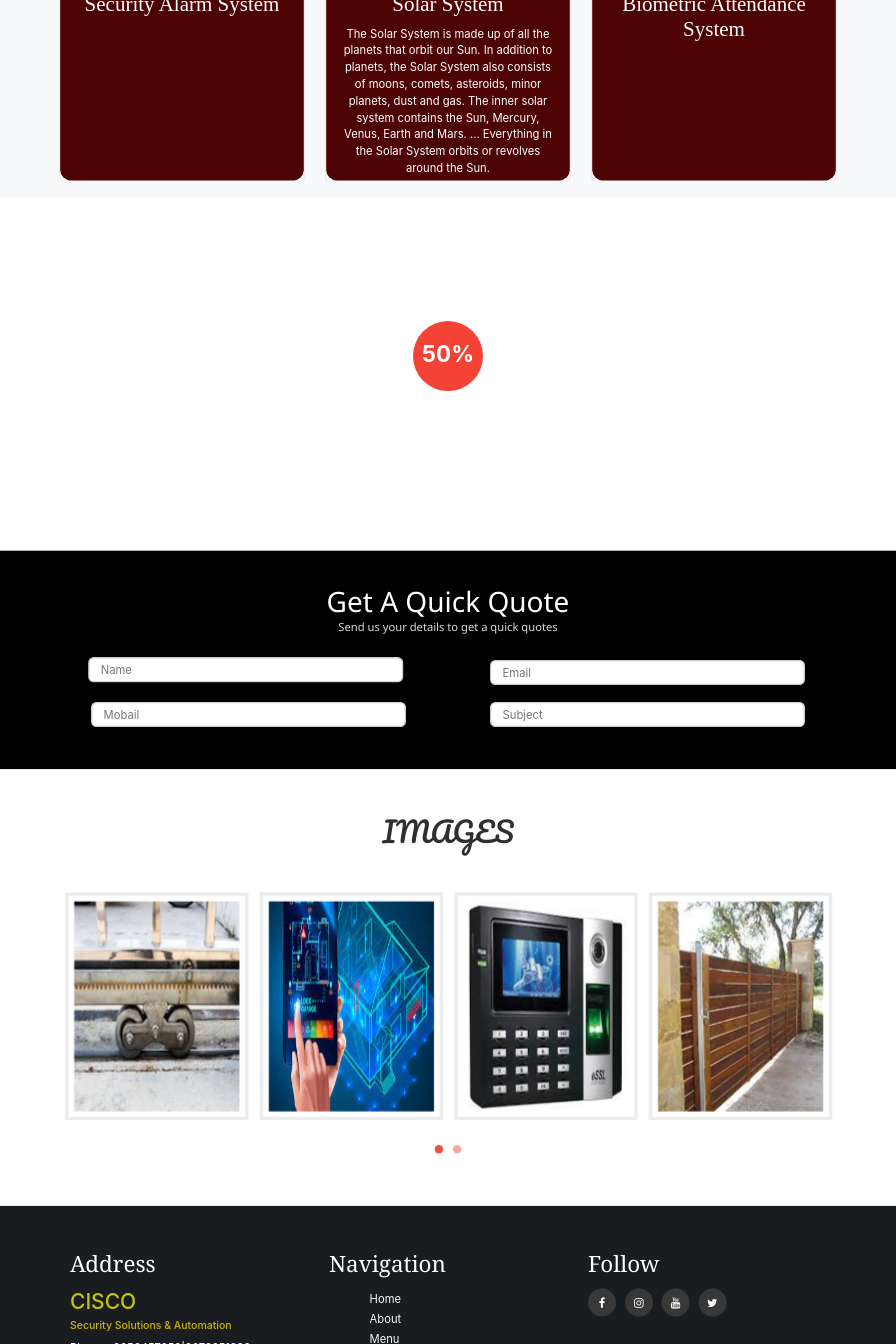
Repository: Nuhman123/Cisco
Page: index.html
The author's editor kept a copy of each file at every save. The page is drawn from the files as they stood at one save, then again after a run of saves.
The browser window is 1280 px wide. The pictures show the part of the page from y = 1634 to 3554 px (the page is 3804 px tall), at 70% of full size.

Above is the page before, as saved 2021-04-10 16:22:38.

### index.html
<!--A Design by W3layouts
Author: W3layout
Author URL: http://w3layouts.com
License: Creative Commons Attribution 3.0 Unported
License URL: http://creativecommons.org/licenses/by/3.0/
-->
<!DOCTYPE html>
<html lang="en">
<head>
<title>CISCO security solutions & automation</title>
<meta name="viewport" content="width=device-width, initial-scale=1">
<meta http-equiv="Content-Type" content="text/html; charset=utf-8" />
<meta name="keywords" content="Royal Recipes Responsive web template, Bootstrap Web Templates, Flat Web Templates, Android Compatible web template,
Smartphone Compatible web template, free webdesigns for Nokia, Samsung, LG, SonyEricsson, Motorola web design" />
<script type="application/x-javascript"> addEventListener("load", function() { setTimeout(hideURLbar, 0); }, false); function hideURLbar(){ window.scrollTo(0,1); } </script>
<!-- bootstrap-css -->
<link href="css/bootstrap.css" rel="stylesheet" type="text/css" media="all" />
<!--// bootstrap-css -->
<!-- css -->
<link rel="stylesheet" href="css/style.css" type="text/css" media="all" />
<!--// css -->
<link rel="stylesheet" href="css/owl.carousel.css" type="text/css" media="all">
<link href="css/owl.theme.css" rel="stylesheet">
<!-- font-awesome icons -->
<link href="css/font-awesome.css" rel="stylesheet">
<!-- //font-awesome icons -->
<!-- font -->
<link href='//fonts.googleapis.com/css?family=Pacifico' rel='stylesheet' type='text/css'>
<link href='//fonts.googleapis.com/css?family=Open+Sans+Condensed:300,300italic,700' rel='stylesheet' type='text/css'>
<!-- //font -->
<script src="js/jquery-1.11.1.min.js"></script>
<script src="js/bootstrap.js"></script>
<script src="https://maxcdn.bootstrapcdn.com/bootstrap/4.0.0/js/bootstrap.min.js" integrity="sha384-JZR6Spejh4U02d8jOt6vLEHfe/JQGiRRSQQxSfFWpi1MquVdAyjUar5+76PVCmYl" crossorigin="anonymous"></script>
<link rel="stylesheet" href="https://maxcdn.bootstrapcdn.com/bootstrap/4.0.0/css/bootstrap.min.css" integrity="sha384-Gn5384xqQ1aoWXA+058RXPxPg6fy4IWvTNh0E263XmFcJlSAwiGgFAW/dAiS6JXm" crossorigin="anonymous">
<!-- light-box -->
<link rel="stylesheet" href="css/lightbox.css">
<!-- //light-box -->
<script src="js/SmoothScroll.min.js"></script>
<!--search jQuery-->
<script src="js/main.js"></script>
<!--//search jQuery-->
<script type="text/javascript">
	jQuery(document).ready(function($) {
		$(".scroll").click(function(event){
			event.preventDefault();
			$('html,body').animate({scrollTop:$(this.hash).offset().top},1000);
		});
	});
</script>

<script>
$(document).ready(function() {
	$("#owl-demo").owlCarousel({

		autoPlay: 3000, //Set AutoPlay to 3 seconds
		autoPlay:true,
		items : 4,
		itemsDesktop : [640,5],
		itemsDesktopSmall : [414,4]

	});

});
</script>
</head>
<body>
	<header class="header-1">
		<div class="container">
			<div class="row">
		<div class="col-xs-3">
			<img src="images/csc0log.png">
		</div>
		<div class="col-xs-5">
			<h1>CISCO</h1>
			<p>Security Solutions & Automation</p>
		</div>
		<div class="col-xs-4">
		<nav class="navbar navbar-expand-lg navbar-light">
			<button style="background-color:white;margin-top: 18px;" class="navbar-toggler" type="button" data-toggle="collapse" data-target="#navbarNavAltMarkup" aria-controls="navbarNavAltMarkup" aria-expanded="false" aria-label="Toggle navigation">
			  <span class="navbar-toggler-icon"></span>
			</button>
			<div class="collapse navbar-collapse" id="navbarNavAltMarkup" style="background-color: rgb(5, 7, 6);margin-top: 17px;">
			  <div class="navbar-nav text-center">
				<a class="nav-item nav-link active" href="index.html" style="color: white;">Home <span class="sr-only">(current)</span></a>
				<a class="nav-item nav-link" href="#services" style="color: white;">Services</a>
				<a class="nav-item nav-link" href="menu.html" style="color: white;z-index: 10;">Menu</a>
				<a class="nav-item nav-link" href="about.html" style="color: white;z-index: 10;">About</a>
				<a class="nav-item nav-link" href="contact.html" style="color: white;z-index: 10;">Condact</a>
			  </div>
			</div>
		  </nav>
		</div>
			</div>
		</div>
	</header>
	<!-- banner -->
	<div class="banner">
		<div class="header">
			<div class="container">
				<div class="logo">

				</div>
				<div class="clearfix"> </div>
			</div>
		</div>
		<div class="banner-slider">
			<div class="container">
				<div class="slider">
					<div class="callbacks_container">
						<ul class="rslides callbacks callbacks1" id="slider4">
							<li>
								<div class="agileits-banner-info">
									<img src="images/csc0log.png">
									<h3>CISCO</h3>
									<h5>Security Solutions & Automation</h5>
									<p>CCTV Installation,EPBAX,Home Automation,Automatic Gate,Video Door Phone,Access Control System,Security Alarm System,Solar System,Biometric AttendanceSystem</p>
									<a href="#services">Services</a>

								</div>
							</li>
							<li>
								<div class="agileits-banner-info">
									<h3>CCTV<br> Installation</h3>
									<p>CCTV Installation,EPBAX,Home Automation,Automatic Gate,Video Door Phone,Access Control System,Security Alarm System,Solar System,Biometric AttendanceSystem</p>
									<a href="#services">Services</a>

								</div>
							</li>
							<li>
								<div class="agileits-banner-info">
									<img src="images/csc0log.png">
									<h3>CISCO</h3>
									<p>CCTV Installation,EPBAX,Home Automation,Automatic Gate,Video Door Phone,Access Control System,Security Alarm System,Solar System,Biometric AttendanceSystem</p>
									<a href="#services">Services</a>
								</div>
							</li>
						</ul>
						<div class="social text-center">
							<ul>
								<li><a href="https://www.facebook.com/cisco_security_solutions-101064504984043/"><i class="fa fa-facebook"></i></a></li>
								<li><a href="https://www.instagram.com/cisco_security_solutions?r=nametag"><i class="fa fa-instagram"></i></a></li>
								<li><a href="https://youtube.com/channel/UCSI_CHHL5nW7fggODaksUw"><i class="fa fa-youtube"></i></a></li>
								<li><a href="https://twitter.com"><i class="fa fa-twitter"></i></a></li>
							</ul>
						</div>
					</div>
					<script src="js/responsiveslides.min.js"></script>
					<script>
						// You can also use "$(window).load(function() {"
						$(function () {
						  // Slideshow 4
						  $("#slider4").responsiveSlides({
							auto: true,
							pager:true,
							nav:false,
							speed: 500,
							namespace: "callbacks",
							before: function () {
							  $('.events').append("<li>before event fired.</li>");
							},
							after: function () {
							  $('.events').append("<li>after event fired.</li>");
							}
						  });

						});
					 </script>
					<!--banner Slider starts Here-->
				</div>
			</div>
		</div>
	</div>
	<!-- banner -->
	<!-- services -->
	<section class="bg-light p-4 mt-5" id="services">
		<div class="container">
		  <h1 class="services text-center">Our Services</h1>
		  <div class="row">
			<div class="col-lg-4 col-md-6 pt-3">
			  <div class="card text-center">
				<div class="card-body">
				  <h5 class="card-title">CCTV Installation</h5>
				  <p class="card-text">
					CCTV systems may operate continuously or only as required to monitor a particular event. A more advanced form of CCTV, using digital video recorders (DVRs), provides recording for possibly many years, with a variety of quality and performance options and extra features (such as motion detection and email alerts).
					</p>
				</div>
			  </div>
			</div>
			<div class="col-lg-4 col-md-6 pt-3">
			  <div class="card text-center ">

				<div class="card-body">
				  <h5 class="card-title">EPBAX</h5>
				  <p class="card-text">EPABX stands for Electronic Private Automatic Branch Exchange which is a private telephone network used by the organizations and the companies for various types of communication, either between the employees or outside the clients.</p>
				</div>
			  </div>
			</div>
			<div class="col-lg-4 col-md-6 pt-3">
			  <div class="card text-center ">

				<div class="card-body">
				  <h5 class="card-title">Home Automation</h5>
				  <p class="card-text"> home automation system integrates all the electrical devices in the house with each other, it includes centralized control of lighting, HVAC(Heat, ventilation and air conditioning) appliances, security locks and other systems to improve comfort, conveniences, security and energy efficiency.</p>
				</div>
			  </div>
			</div>
			<div class="col-lg-4 col-md-6 pt-3">
			  <div class="card text-center">
				<div class="card-body">
				  <h5 class="card-title">Automatic Gate</h5>
				  <p class="card-text"></p>
				</div>
			  </div>
			</div>
			<div class="col-lg-4 col-md-6  pt-3">
			  <div class="card text-center">
				<div class="card-body">
				  <h5 class="card-title">Video Door Phone</h5>
				  <p class="card-text">video door phone lets you see and communicate with the visitor without being physically present on the door. After knowing the purpose of visit and if required, you can choose to open the door or keep it closed. So, the video door phone is a great system to ensure the safety and security of your family and home.</p>
				</div>
			  </div>
			</div>
			<div class="col-lg-4 col-md-6  pt-3">
			  <div class="card text-center ">
				<div class="card-body">
				  <h5 class="card-title">Access Control System</h5>
				  <p class="card-text"></p>
				</div>
			  </div>
			</div>
			<div class="col-lg-4 col-md-6  pt-3">
				<div class="card text-center ">
				  <div class="card-body">
					<h5 class="card-title">Security Alarm System</h5>
					<p class="card-text"></p>
				  </div>
				</div>
			  </div>
			  <div class="col-lg-4 col-md-6  pt-3">
				<div class="card text-center ">
				  <div class="card-body">
					<h5 class="card-title">Solar System</h5>
					<p class="card-text">The Solar System is made up of all the planets that orbit our Sun. In addition to planets, the Solar System also consists of moons, comets, asteroids, minor planets, dust and gas. The inner solar system contains the Sun, Mercury, Venus, Earth and Mars. ... Everything in the Solar System orbits or revolves around the Sun.</p>
				  </div>
				</div>
			  </div>
			  <div class="col-lg-4 col-md-6  pt-3">
				<div class="card text-center ">
				  <div class="card-body">
					<h5 class="card-title">Biometric Attendance System</h5>
					<p class="card-text"></p>
				  </div>
				</div>
			  </div>
		  </div>
		</div>
	  </section>
	<!-- //services -->
	<!-- offer -->
	<div class="jarallax offer">
		<div class="container">
			<div class="w3l-offer-heading">
				<h3>Today Offers</h3>
			</div>
			<div class="w3ls-offer-slider">
				<div class="slider">
					<div class="callbacks_container">
						<ul class="rslides callbacks callbacks1" id="slider3">
							<li>
								<div class="agileinfo-offer-grid">
									<h4>45<span>%</span></h4>
									<h5>Pork Vindaloo</h5>
									<p>Quisque scelerisque rutrum nunc, eget hendrerit diam porta efficitur. Duis bibendum consequat est, sed efficitur arcu. Morbi viverra, leo sit amet vestibulum dignissim, tortor est dignissim dolor, eu accumsan est urna id felis. </p>
								</div>
							</li>
							<li>
								<div class="agileinfo-offer-grid">
									<h4>50%</h4>
									<h5>Phaal Curry</h5>
									<p>Vestibulum euismod porttitor interdum. Vivamus porta consectetur nulla porttitor hendrerit. Pellentesque ultrices augue ut nibh feugiat, nec egestas orci cursus. Sed vehicula quis erat sed lobortis. Curabitur eleifend sit amet.</p>
								</div>
							</li>
							<li>
								<div class="agileinfo-offer-grid">
									<h4>64%</h4>
									<h5>Laal Maas</h5>
									<p>Aenean volutpat auctor ultrices. Aliquam ac turpis ultrices, porta enim at, interdum velit. Ut ligula justo, sodales eu nisi a, molestie dictum leo. Sed blandit porta ante, at consequat nulla fermentum a. Donec aliquet tristique.</p>
								</div>
							</li>
						</ul>
					</div>
					<script>
						// You can also use "$(window).load(function() {"
						$(function () {
						  // Slideshow 4
						  $("#slider3").responsiveSlides({
							auto: true,
							pager:false,
							nav:false,
							speed: 500,
							namespace: "callbacks",
							before: function () {
							  $('.events').append("<li>before event fired.</li>");
							},
							after: function () {
							  $('.events').append("<li>after event fired.</li>");
							}
						  });

						});
					 </script>
					<!--banner Slider starts Here-->
				</div>
			</div>
			<script src="js/jarallax.js"></script>
		</div>
	</div>
	<!-- //offer -->
	<section class="form-quote">
		<div class="container">
		<div class="contact-form">
			<h3>Get A Quick Quote</h3>
			<p class="" >Send us your details to get a quick quotes</p>
			<form>
				<div class="row"align="center">
					<div class="col-xs-12 col-sm-12 col-md-12 col-lg-6">
						<input type="text" placeholder="Name" style="width: 450px;background: white;height: 30px;border-radius: 8px;">
					</div>
					<div class="col-xs-12 col-sm-12 col-md-12 col-lg-6">
						<input type="text" placeholder="Email" style="width: 450px;background: white;margin: 4px; height: 30px;border-radius: 8px;">
					</div>
					<div class="col-xs-12 col-sm-12 col-md-12 col-lg-6">
						<input type="text" placeholder="Mobail" style="width: 450px;background: white;margin: 12px; height: 30px;border-radius: 8px;">
					</div>
					<div class="col-xs-12 col-sm-12 col-md-12 col-lg-6">
						<input type="text" placeholder="Subject" style="width: 450px;background: white;margin: 12px; height: 30px;border-radius: 8px;">
					</div>
				</div>
			  </form>
		</div>
			</div>
	</section>
	<!-- special -->
	<div class="special">
		<div class="container">
			<div class="wthree-special-heading">
				<h3>IMAGES</h3>
			</div>
			<div class="special-grids">
				<div id="owl-demo" class="owl-carousel owl-theme">
						<div class="item">
							<div class="w3-agileits-special-grid-info">
								<img src="images/289c9c264087cddc084383969cd6e19f.jpg" alt="" />
							</div>
						</div>
						<div class="item">
							<div class="w3-agileits-special-grid-info">
								<img src="images/ghy.jfif" alt="" />

							</div>
						</div>
						<div class="item">
							<div class="w3-agileits-special-grid-info">
								<img src="images/h automations.jfif" alt="" />

							</div>
						</div>
						<div class="item">
							<div class="w3-agileits-special-grid-info">
								<img src="images/bio2.jfif" alt="" />
							</div>
						</div>
						<div class="item">
							<div class="w3-agileits-special-grid-info">
								<img src="images/guf.jfif" alt="" />

							</div>
						</div>
						<div class="item">
							<div class="w3-agileits-special-grid-info">
								<img src="images/epbax.jpeg" alt="" />

							</div>
						</div>
						<div class="item">
							<div class="w3-agileits-special-grid-info">
								<img src="images/h automations.jfif4.jfif" alt="" />

							</div>
						</div>
						<div class="item">
							<div class="w3-agileits-special-grid-info">
								<img src="images/cctv3.jpg" alt="" />

							</div>
						</div>
				</div>
			</div>
		</div>
	</div>
	<!-- //special -->
	<!-- footer -->
	<div class="w3-agile-footer">
		<div class="container">
			<div class="footer-grids">
				<div class="col-md-4 footer-grid">
					<div class="footer-grid-heading">
						<h4>Address</h4>
					</div>
					<div class="footer-grid-info">
						<h1 class="">CISCO</h1>
					<h4 class="">Security Solutions & Automation</h4>
					</di>
					<p class="phone">Phone : 9656457858|9072251938
						<span>Email : <a href="pklcisco@gmail.com">pklcisco@gmail.com</a></span>
					</p>
					<p>Oppo South Indian ATM,Near Zella Fancy 	Pulikkal </p>
				</div>

				</div>
				<div class="col-md-4 footer-grid">
					<div class="footer-grid-heading">
						<h4>Navigation</h4>
					</div>
					<div class="footer-grid-info">
						<ul class="">
							<li><a href="index.html">Home</a></li>
							<li><a href="about.html">About</a></li>
							<li><a href="menu.html">Menu</a></li>
							<li><a href="contact.html">Contact</a></li>
						</ul>
					</div>
				</div>
				<div class="col-md-4 footer-grid">
					<div class="footer-grid-heading">
						<h4>Follow</h4>
					</div>
					<div class="social">
						<ul>
							<li><a href="https://www.facebook.com/cisco_security_solutions-101064504984043/"><i class="fa fa-facebook"></i></a></li>
							<li><a href="https://www.instagram.com/cisco_security_solutions?r=nametag"><i class="fa fa-instagram"></i></a></li>
							<li><a href="https://youtube.com/channel/UCSI_CHHL5nW7fggODaksUw"><i class="fa fa-youtube"></i></a></li>
							<li><a href="https://twitter.com"><i class="fa fa-twitter"></i></a></li>
						</ul>
					</div>
				<div class="clearfix"> </div>
			</div>
		</div>
	</div>
	<div class="agileits-w3layouts-copyright">
		<p>| Design by <a href=""> AKN Creations </a> </p>
		<li style="color: yellow;"><i  class="fa fa-phone" aria-hidden="true"></i> 9446795304</li>
	</div>
	</div>
	<!-- //footer -->
	<script src="js/owl.carousel.js"></script>
	<script type="text/javascript" src="js/move-top.js"></script>
	<script type="text/javascript" src="js/easing.js"></script>
	<!-- here stars scrolling icon -->
	<script type="text/javascript">
		$(document).ready(function() {
			/*
				var defaults = {
				containerID: 'toTop', // fading element id
				containerHoverID: 'toTopHover', // fading element hover id
				scrollSpeed: 1200,
				easingType: 'linear'
				};
			*/

			$().UItoTop({ easingType: 'easeOutQuart' });

			});
	</script>
<!-- //here ends scrolling icon -->
<script type="text/javascript">
			/* init Jarallax */
			$('.jarallax').jarallax({
				speed: 0.5,
				imgWidth: 1366,
				imgHeight: 768
			})
		</script>
</body>
</html>

Loaded but not shown: css/bootstrap.css (library); css/owl.carousel.css (common file); css/owl.theme.css (common file); css/font-awesome.css (library); js/jquery-1.11.1.min.js (library); js/bootstrap.js (library); css/lightbox.css (library); js/SmoothScroll.min.js (library); js/responsiveslides.min.js (library); js/owl.carousel.js (library); js/jarallax.js (433 lines, source omitted); js/easing.js (140 lines, source omitted); js/main.js (100 lines, source omitted); js/move-top.js (5 lines, source omitted); css/style.css (2111 lines, source omitted)

After the next 4 saves:
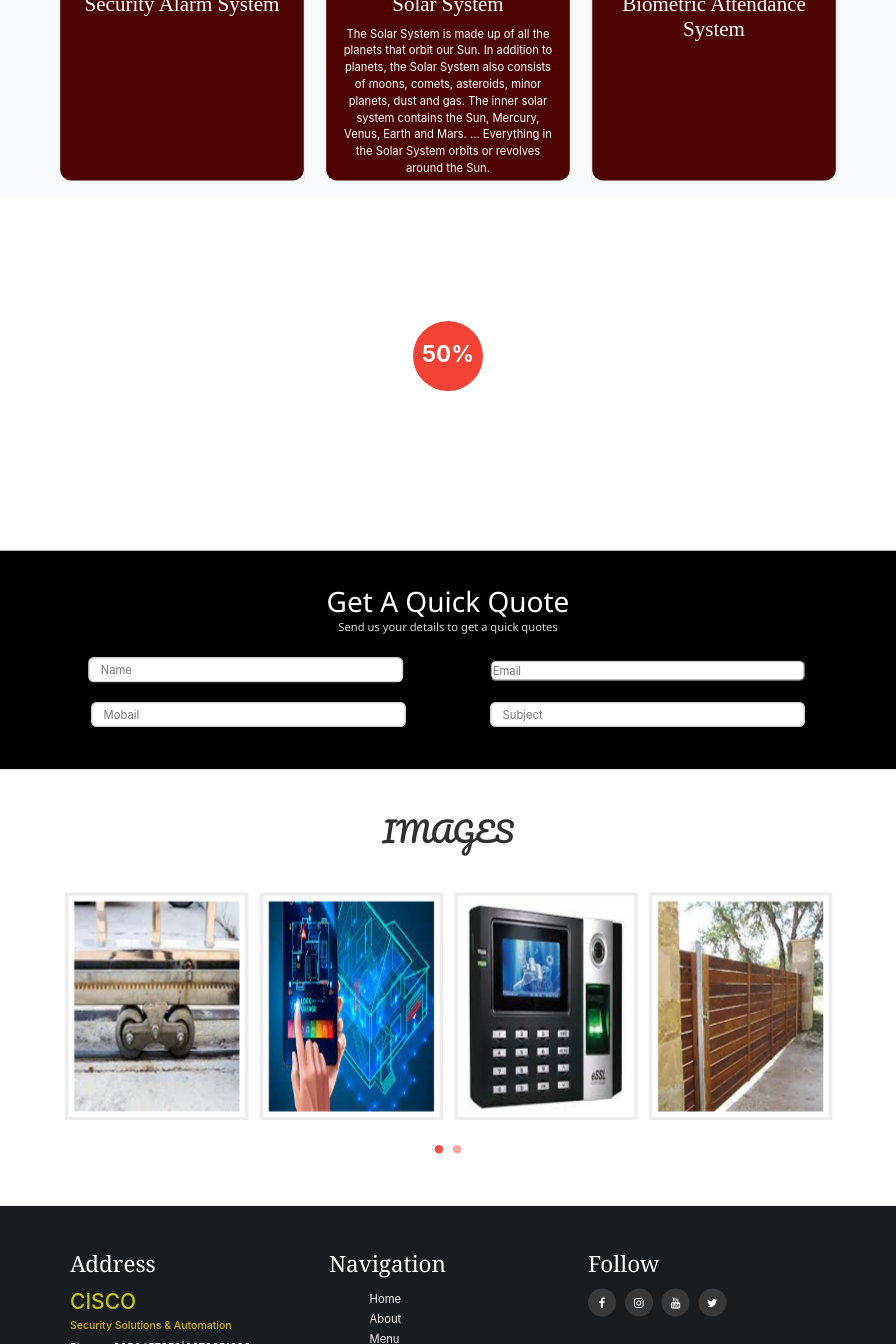
The 4 saves are shown as one change because they came seconds apart.
The last was saved 48 s later.
--- a/index.html
+++ b/index.html
@@ -327,7 +327,7 @@
 						<input type="text" placeholder="Name" style="width: 450px;background: white;height: 30px;border-radius: 8px;">
 					</div>
 					<div class="col-xs-12 col-sm-12 col-md-12 col-lg-6">
-						<input type="text" placeholder="Email" style="width: 450px;background: white;margin: 4px; height: 30px;border-radius: 8px;">
+						<input type="email" placeholder="Email" style="width: 450px;background: white;margin: 4px; height: 30px;border-radius: 8px;">
 					</div>
 					<div class="col-xs-12 col-sm-12 col-md-12 col-lg-6">
 						<input type="text" placeholder="Mobail" style="width: 450px;background: white;margin: 12px; height: 30px;border-radius: 8px;">
